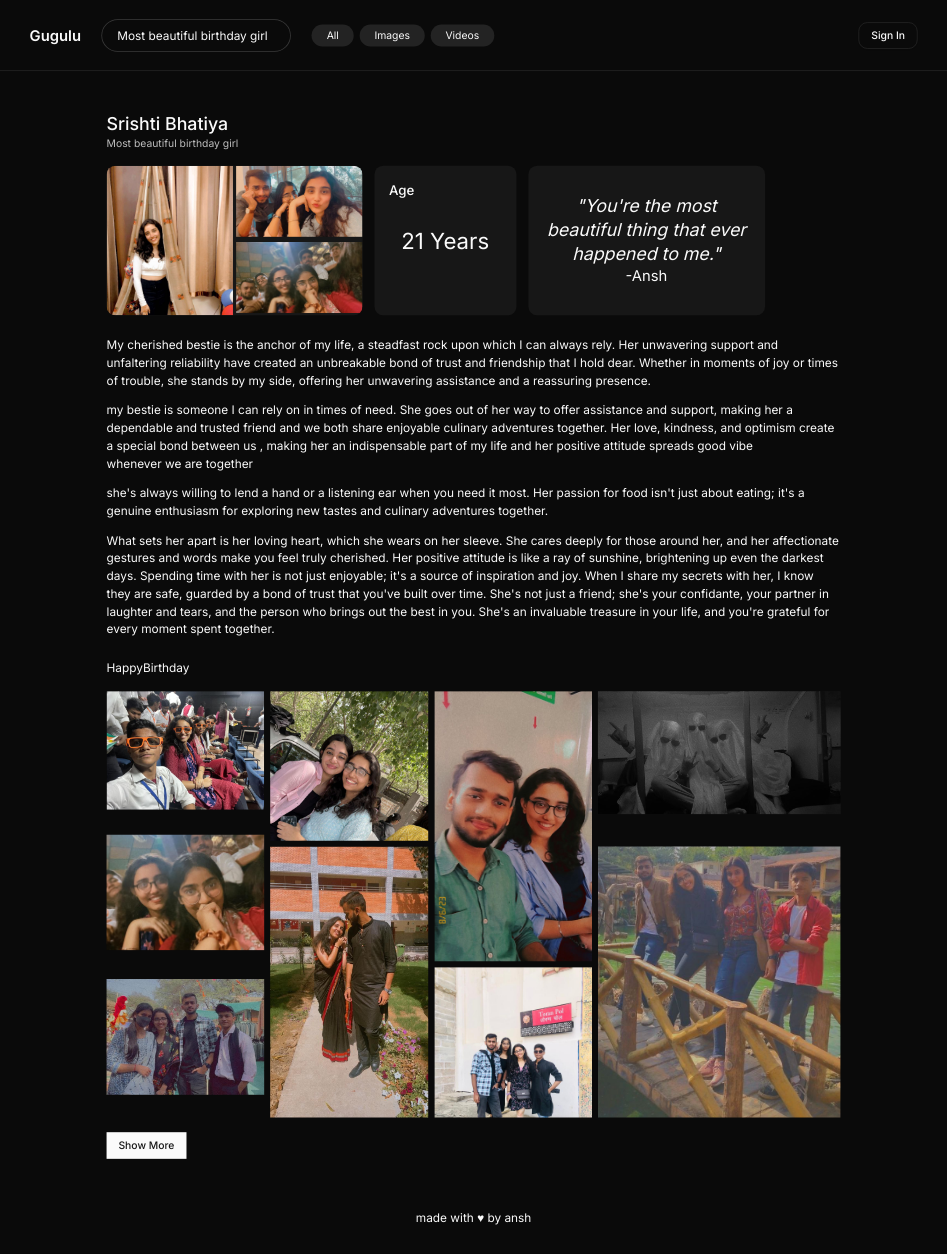
Repository: Harshgoel17/anshfinal
Page: /srishti
The author's editor kept a copy of each file at every save. The page is drawn from the files as they stood at one save, then again after the next save.
The browser window is 1280 px wide. The pictures show the whole page, at 74% of full size.
The project was rebuilt for these pictures with package versions that can differ from the ones it lists, and the page was loaded fresh each time. The framework's server and built-in components were replaced by stand-ins that run in the browser. Also part of the build but not shown: next.config.js.

Above is the page before, as saved 2023-10-06 17:45:24.

### app/layout.js
import "./globals.css";
import { Inter } from "next/font/google";

const inter = Inter({ subsets: ["latin"] });

export const metadata = {
  title: "Gugulu",
  description: "Generated by create next app",
};

export default function RootLayout({ children }) {
  return (
    <html lang="en">
      <body className={inter.className}>{children}</body>
    </html>
  );
}

### app/srishti/page.jsx
import Gallery from '@/components/Gallery'
import HappyBirthday from '@/components/HappyBirthday'
import Navbar from '@/components/Navbar'
import { Button } from '@/components/ui/button'
import React from 'react'

const page = () => {



  return (
    <div className='overflow-x-hidden'>
        <Navbar />
        <div className='py-14 px-36 gap-5 flex flex-col'>
            <div>
                <h1 className='text-2xl font-medium'>Srishti Bhatiya</h1>
                <p className='text-sm opacity-75'>Most beautiful birthday girl</p>
            </div>

            <div className='flex items-center gap-4'>
                <div className='bg-neutral-900 lg:w-[27vw] h-[28vh]  rounded-xl flex gap-1 overflow-hidden'>
                    <span className=' w-[50%] h-full relative overflow-hidden'>
                        <img src="images/84.jpg" alt="" className='absolute' />
                    </span>

                    <div className='flex flex-col gap-1 w-[50%] h-full overflow-hidden'>
                        <span className=' h-[50%] w-full relative overflow-hidden'>
                            <img src="images/71.jpg" alt="" className='absolute' />
                        </span>
                        <span className=' h-[50%] w-full relative overflow-hidden'>
                            <img src="images/33.jpg" alt="" className='absolute' />
                        </span>
                    </div>
                </div>

                <div className='bg-neutral-900 lg:w-[15vw] h-[28vh]  rounded-xl flex gap-1 overflow-hidden items-center justify-center text-center px-5 text-3xl relative'>
                    <p className='absolute text-lg top-5 left-5 font-medium'>Age</p>
                    <p>
                    21 Years
                    </p>
                </div>

                <div className='bg-neutral-900 lg:w-[25vw] h-[28vh]  rounded-xl flex gap-1 overflow-hidden items-center justify-center text-center px-5  relative'>
                        <p className='text-xl'><span className='italic text-2xl'>"You're the most beautiful thing that ever happened to me."</span>  <br />-Ansh</p>
                </div>
            </div>

            <div className='text-lol py-2 flex flex-col gap-4'>
                <p>
                My cherished bestie is the anchor of my life, a steadfast rock upon which I can always rely. Her unwavering support and unfaltering reliability have created an unbreakable bond of trust and friendship that I hold dear. Whether in moments of joy or times of trouble, she stands by my side, offering her unwavering assistance and a reassuring presence.


                </p>

                <p>
                my bestie is someone I can rely on in times of need. She goes out of her way to offer assistance and support, making her a dependable and trusted friend and we both share enjoyable culinary adventures together. Her love, kindness, and optimism create a special bond between us , making her an indispensable part of my life and her positive attitude spreads good vibe whenever we are together


                </p>

                <p>
                she's always willing to lend a hand or a listening ear when you need it most. Her passion for food isn't just about eating; it's a genuine enthusiasm for exploring new tastes and culinary adventures together.



                </p>

                <p>
                What sets her apart is her loving heart, which she wears on her sleeve. She cares deeply for those around her, and her affectionate gestures and words make you feel truly cherished. Her positive attitude is like a ray of sunshine, brightening up even the darkest days. Spending time with her is not just enjoyable; it's a source of inspiration and joy.
When I share my secrets with her, I know they are safe, guarded by a bond of trust that you've built over time. She's not just a friend; she's your confidante, your partner in laughter and tears, and the person who brings out the best in you. She's an invaluable treasure in your life, and you're grateful for every moment spent together.
                </p>
            </div>

            <HappyBirthday />

            <Gallery />




            <a href="/srishti/images">
                <Button >Show More</Button>
            </a>



            <div className='mt-12 mb-[-20px] text-center'>
                made with ♥ by ansh
            </div>
        </div>
    </div>
  )
}

export default page

### app/globals.css
@tailwind base;
@tailwind components;
@tailwind utilities;

@layer base {
  :root {
    --background: 0 0% 3.9%;
    --foreground: 0 0% 98%;

    --card: 0 0% 3.9%;
    --card-foreground: 0 0% 98%;

    --popover: 0 0% 3.9%;
    --popover-foreground: 0 0% 98%;

    --primary: 0 0% 98%;
    --primary-foreground: 0 0% 9%;

    --secondary: 0 0% 14.9%;
    --secondary-foreground: 0 0% 98%;

    --muted: 0 0% 14.9%;
    --muted-foreground: 0 0% 63.9%;

    --accent: 0 0% 14.9%;
    --accent-foreground: 0 0% 98%;

    --destructive: 0 62.8% 30.6%;
    --destructive-foreground: 0 0% 98%;

    --border: 0 0% 14.9%;
    --input: 0 0% 14.9%;
    --ring: 0 0% 83.1%;
  }

  .dark {
    --background: 0 0% 3.9%;
    --foreground: 0 0% 98%;

    --card: 0 0% 3.9%;
    --card-foreground: 0 0% 98%;

    --popover: 0 0% 3.9%;
    --popover-foreground: 0 0% 98%;

    --primary: 0 0% 98%;
    --primary-foreground: 0 0% 9%;

    --secondary: 0 0% 14.9%;
    --secondary-foreground: 0 0% 98%;

    --muted: 0 0% 14.9%;
    --muted-foreground: 0 0% 63.9%;

    --accent: 0 0% 14.9%;
    --accent-foreground: 0 0% 98%;

    --destructive: 0 62.8% 30.6%;
    --destructive-foreground: 0 0% 98%;

    --border: 0 0% 14.9%;
    --input: 0 0% 14.9%;
    --ring: 0 0% 83.1%;
  }
}

@layer base {
  * {
    @apply border-border;
  }
  body {
    @apply bg-background text-foreground;
  }
}

### components/Gallery.jsx
import React from 'react'

const Gallery = () => {
  return (
    <div className='h-[80vh] max-h-[80vh] flex gap-2'>
        <div className='grid grid-cols-3 gap-2 h-full  w-full flex-[2]  '>
            <div className='flex flex-col h-full w-full  gap-2'>
                <span className=' w-full h-full relative overflow-hidden'>
                    <img src="/images/34.jpg" alt="" className='absolute'/>
                </span>
                <span className=' w-full h-full relative overflow-hidden'>
                    <img src="/images/33.jpg" alt="" className='absolute scale-[1.6]'/>
                </span>
                <span className=' w-full h-full relative overflow-hidden'>
                    <img src="/images/25.jpg" alt="" className='absolute scale-[1.7]'/>
                </span>
            </div>

            <div className='flex flex-col h-full w-full  gap-2'>
                <span className=' w-full h-full flex-1 relative overflow-hidden'>
                    <img src="/images/79.jpg" alt="" className='absolute '/>
                </span>

                <span className=' w-full h-full flex-[1.8] relative overflow-hidden'>
                    <img src="/images/50.jpg" alt="" className='absolute '/>
                </span>
            </div>

            <div className='flex flex-col h-full w-full  gap-2'>
                <span className=' w-full h-full flex-[1.8] relative overflow-hidden'>
                    <img src="/images/89.jpg" alt="" className='absolute '/>
                </span>
                <span className=' w-full h-full flex-1 relative overflow-hidden'>
                    <img src="/images/36.jpg" alt="" className='absolute '/>
                </span>

            </div>


        </div>

        <div className='flex h-full flex-col w-full flex-1 gap-2  '>
            <span className=' w-full h-full flex-1 relative overflow-hidden'>
                    <img src="/images/13.jpg" alt="" className='absolute scale-[1.13]'/>
                </span>

                <span className=' w-full h-full flex-[1.8] relative overflow-hidden'>
                    <img src="/images/38.jpg" alt="" className='absolute translate-y-[-230px]'/>
                </span>
        </div>
    </div>
  )
}

export default Gallery

### components/HappyBirthday.jsx
import React from 'react'

const HappyBirthday = () => {
  return (
    <div>HappyBirthday</div>
  )
}

export default HappyBirthday

### components/Navbar.jsx
import React from 'react'
import { Button } from "@/components/ui/button";

const Navbar = () => {
  return (
    <div className='flex h-24 w-screen items-center justify-between border-b px-10'>
        <div className='flex gap-7 items-center'>
            <h1 className='text-xl font-semibold'>Gugulu</h1>
            <input type="text" className="bg-background border border-foreground/20 rounded-full h-11 w-[20vw] px-5" value={'Most beautiful birthday girl'}/>

            <div className='flex items-center justify-center gap-2 text-sm'>
                <a href='/srishti' className='rounded-full bg-foreground/10 px-5 py-[5px] cursor-pointer'>All</a>
                <a href='/srishti/images' className='rounded-full bg-foreground/10 px-5 py-[5px] cursor-pointer'>Images</a>
                <a href='/srishti/videos' className='rounded-full bg-foreground/10 px-5 py-[5px] cursor-pointer'>Videos</a>
                {/*  */}
            </div>
        </div>
        <div className='flex items-center gap-6'>
            <Button variant="outline" className="rounded-xl" >Sign In</Button>
        </div>
    </div>
  )
}

export default Navbar

### components/ui/button.jsx
import * as React from "react"
import { Slot } from "@radix-ui/react-slot"
import { cva } from "class-variance-authority";

import { cn } from "@/lib/utils"

const buttonVariants = cva(
  "inline-flex items-center justify-center rounded-md text-sm font-medium transition-colors focus-visible:outline-none focus-visible:ring-1 focus-visible:ring-ring disabled:pointer-events-none disabled:opacity-50",
  {
    variants: {
      variant: {
        default:
          "bg-primary text-primary-foreground shadow hover:bg-primary/90",
        destructive:
          "bg-destructive text-destructive-foreground shadow-sm hover:bg-destructive/90",
        outline:
          "border border-input bg-transparent shadow-sm hover:bg-accent hover:text-accent-foreground",
        secondary:
          "bg-secondary text-secondary-foreground shadow-sm hover:bg-secondary/80",
        ghost: "hover:bg-accent hover:text-accent-foreground",
        link: "text-primary underline-offset-4 hover:underline",
      },
      size: {
        default: "h-9 px-4 py-2",
        sm: "h-8 rounded-md px-3 text-xs",
        lg: "h-10 rounded-md px-8",
        icon: "h-9 w-9",
      },
    },
    defaultVariants: {
      variant: "default",
      size: "default",
    },
  }
)

const Button = React.forwardRef(({ className, variant, size, asChild = false, ...props }, ref) => {
  const Comp = asChild ? Slot : "button"
  return (
    (<Comp
      className={cn(buttonVariants({ variant, size, className }))}
      ref={ref}
      {...props} />)
  );
})
Button.displayName = "Button"

export { Button, buttonVariants }

Loaded but not shown: lib/utils.js (common file); tailwind.config.js (common file)

After the next save:
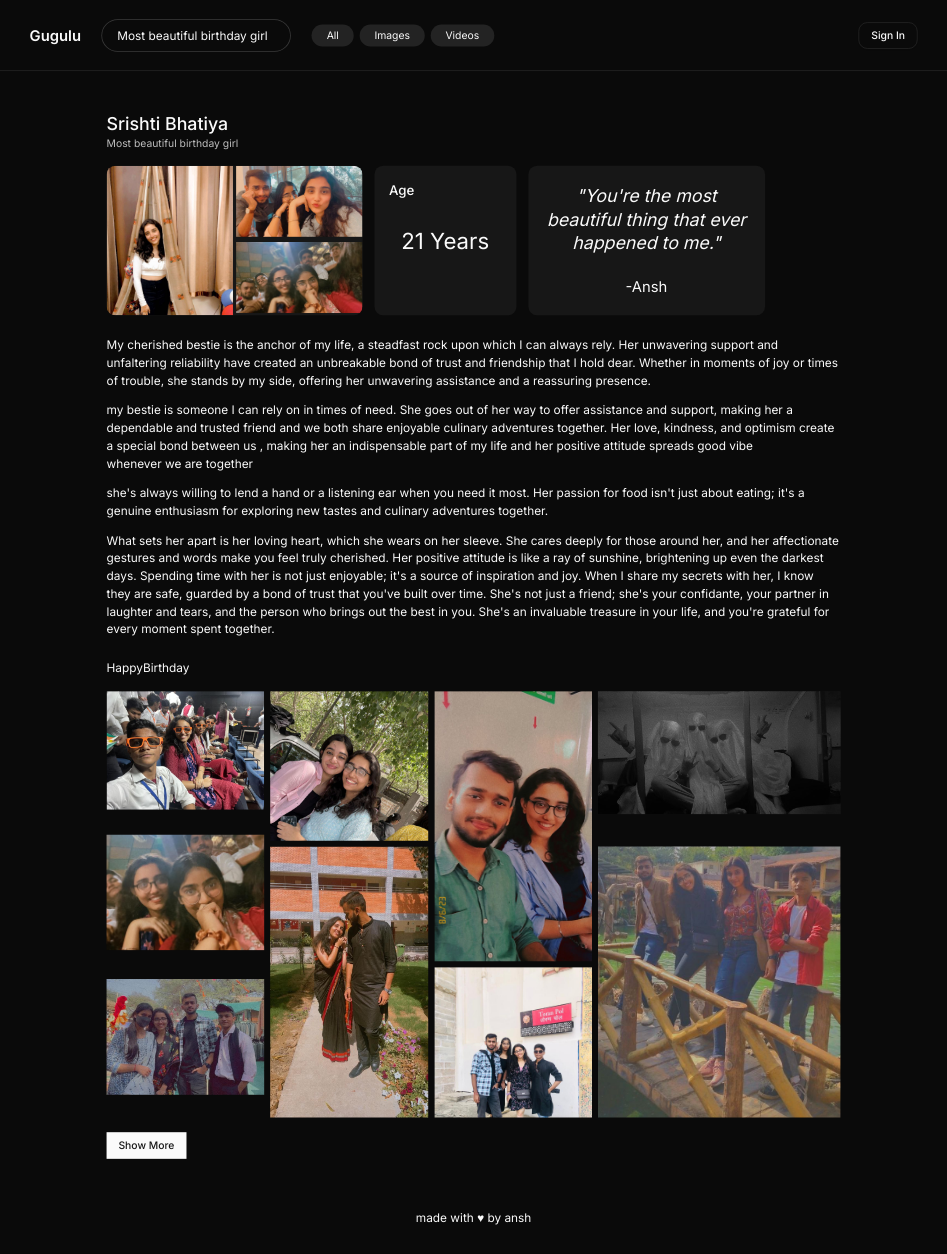
Saved 4 s later.
--- a/app/srishti/page.jsx
+++ b/app/srishti/page.jsx
@@ -41,7 +41,7 @@
                 </div>
 
                 <div className='bg-neutral-900 lg:w-[25vw] h-[28vh]  rounded-xl flex gap-1 overflow-hidden items-center justify-center text-center px-5  relative'>
-                        <p className='text-xl'><span className='italic text-2xl'>"You're the most beautiful thing that ever happened to me."</span>  <br />-Ansh</p>
+                        <p className='text-xl'><span className='italic text-2xl'>"You're the most beautiful thing that ever happened to me."</span>  <br /><br />-Ansh</p>
                 </div>
             </div>
 

After the save that followed:
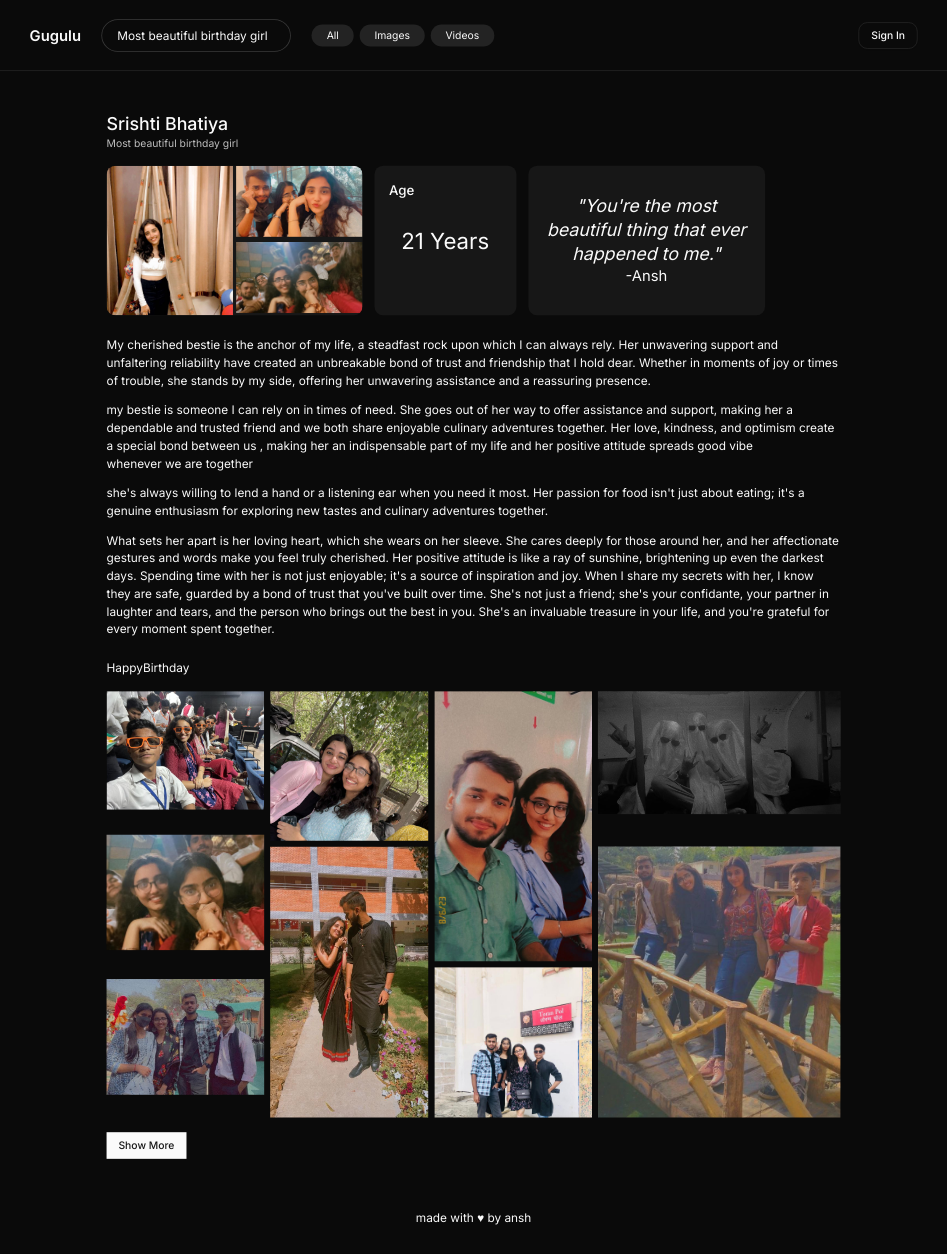
Saved 4 s later.
--- a/app/srishti/page.jsx
+++ b/app/srishti/page.jsx
@@ -41,7 +41,7 @@
                 </div>
 
                 <div className='bg-neutral-900 lg:w-[25vw] h-[28vh]  rounded-xl flex gap-1 overflow-hidden items-center justify-center text-center px-5  relative'>
-                        <p className='text-xl'><span className='italic text-2xl'>"You're the most beautiful thing that ever happened to me."</span>  <br /><br />-Ansh</p>
+                        <p className='text-xl'><span className='italic text-2xl'>"You're the most beautiful thing that ever happened to me."</span>  <br />-Ansh</p>
                 </div>
             </div>
 
